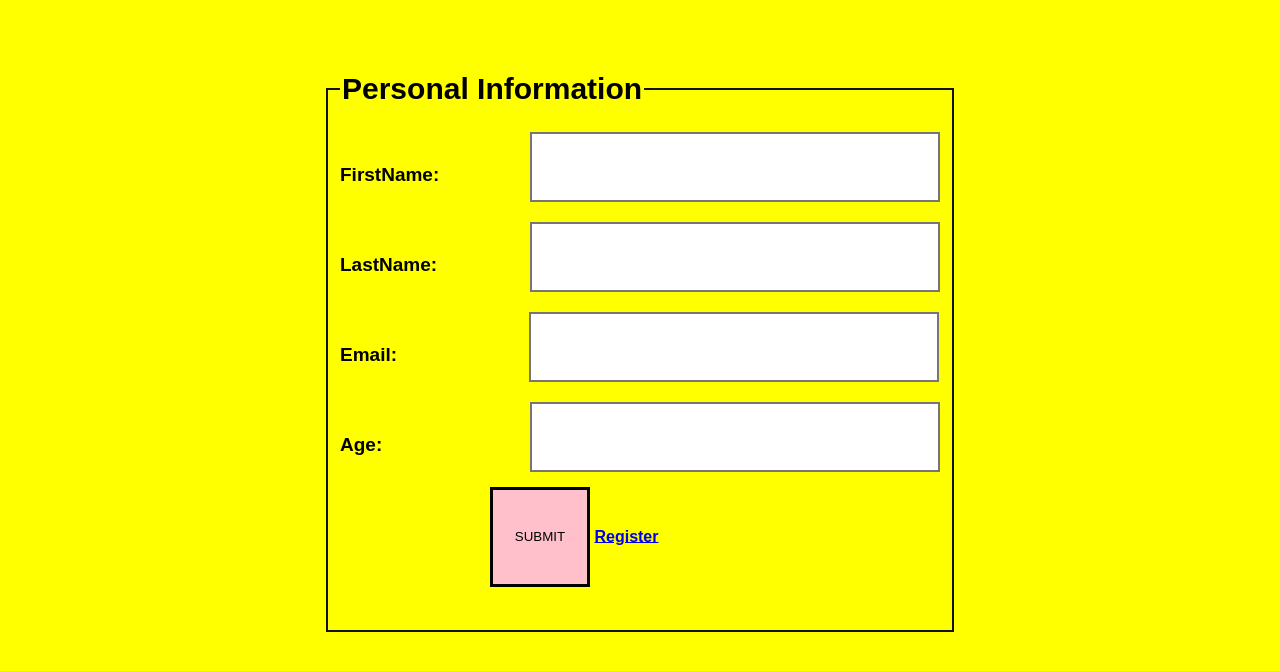
Repository: Femi007-gh/Legend
Page: index.html
An editor plug-in stored every save of this project. The page is shown before and after the next save, followed by the edit.
The browser window is 1280 px wide. The pictures show the whole page.

Above is the page before, as saved 2025-04-08 09:34:07.

After the next save:
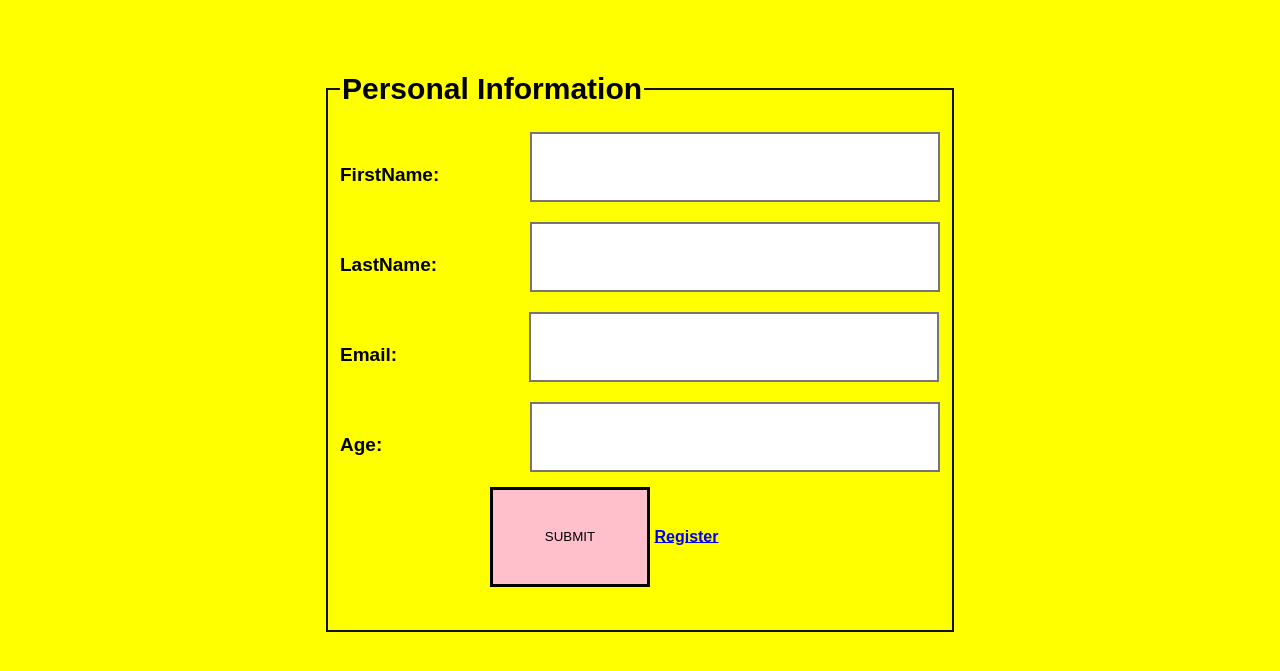
Saved 8 s later.
--- a/style.css
+++ b/style.css
@@ -59,7 +59,7 @@ input {
 
 .sub {
   height: 100px;
-  width: 100px;
+  width: 160px;
   margin-left: 150px;
   margin-top: 15px;
   border: none;
